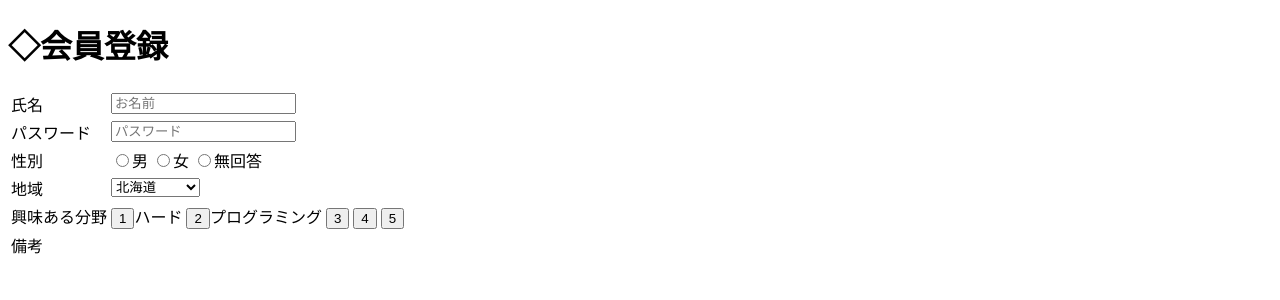
Repository: hideck/STSWorkspace
Page: Registration/src/main/resources/static/input.html
These files come from the project's save history. The page is drawn as it stood at one moment and after the next save; the edit follows.
The browser window is 1280 px wide. The pictures show the whole page.

Above is the page before, as saved 2022-06-22 12:52:55.

After the next save:
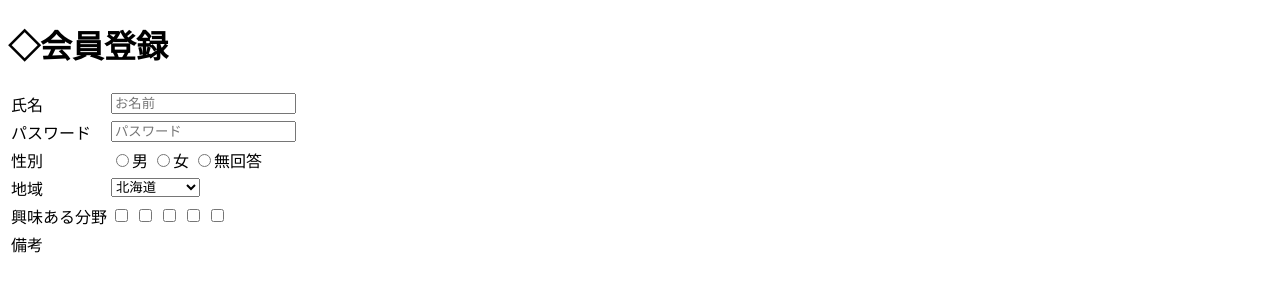
Saved 4 min 47 s later.
--- a/Registration/src/main/resources/static/input.html
+++ b/Registration/src/main/resources/static/input.html
@@ -37,11 +37,11 @@
 		<tr>
 			<td>興味ある分野</td>
 			<td>
-				<input type="button" value="1" />ハード
-				<input type="button" value="2" />プログラミング
-				<input type="button" value="3" />
-				<input type="button" value="4" />
-				<input type="button" value="5" />
+				<input type="checkbox" name="ハード・インフラ" id="1" />
+				<input type="checkbox" name="プログラミング" id="2" />
+				<input type="checkbox" name="データベース" id="3" />
+				<input type="checkbox" name="ネットワーク" id="4" />
+				<input type="checkbox" name="その他" id="5" />
 			</td>
 		</tr>
 		<tr>
